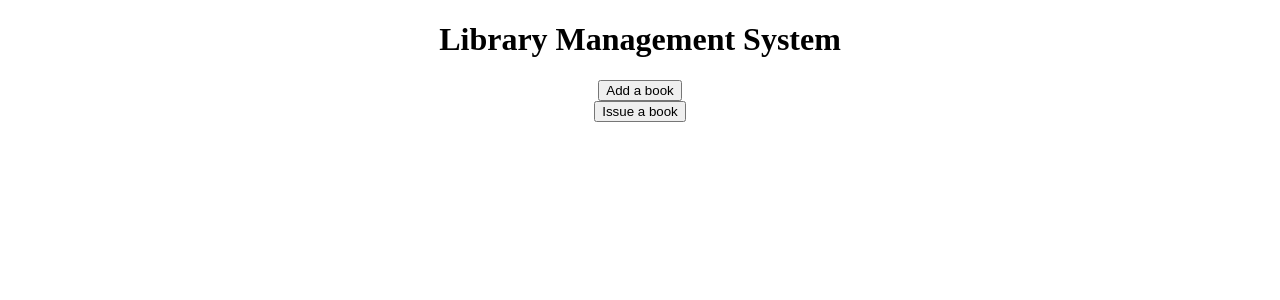
Repository: Shiru99/CS313-DBMS
Page: http://localhost/J2EEProject/
These files come from the project's save history. The page is drawn as it stood at one moment and after the next save; the edit follows.
The browser window is 1280 px wide. The pictures show the whole page.
The page is served by Tomcat 9.

Above is the page before, as saved 2020-11-03 00:20:34.

After the next save:
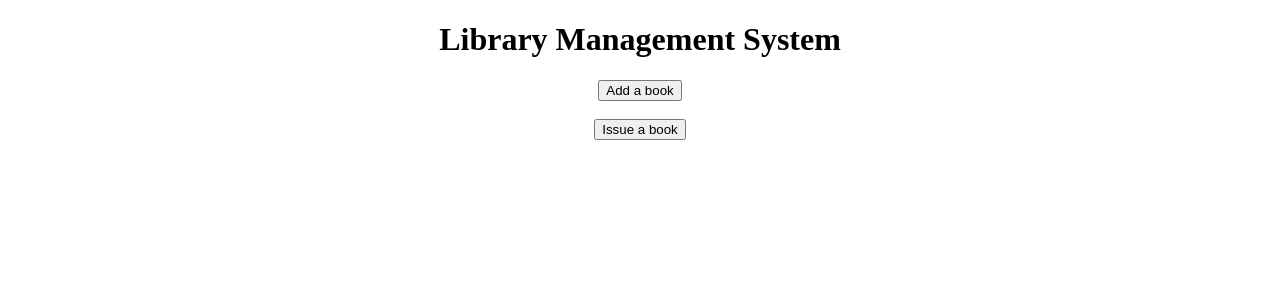
Saved 2 min 23 s later.
--- a/Home Assignment 2/J2EEProject/WebContent/Home.jsp
+++ b/Home Assignment 2/J2EEProject/WebContent/Home.jsp
@@ -13,7 +13,7 @@
 			<form action="Add.jsp" method="post">
 				<input type="submit" value="Add a book"/>
 			</form>
-			<div></div>
+			&nbsp;&nbsp;&nbsp;
 			<form action="Issue.jsp" method="post">
 				<input type="submit" value="Issue a book"/>
 			</form>

After the save that followed:
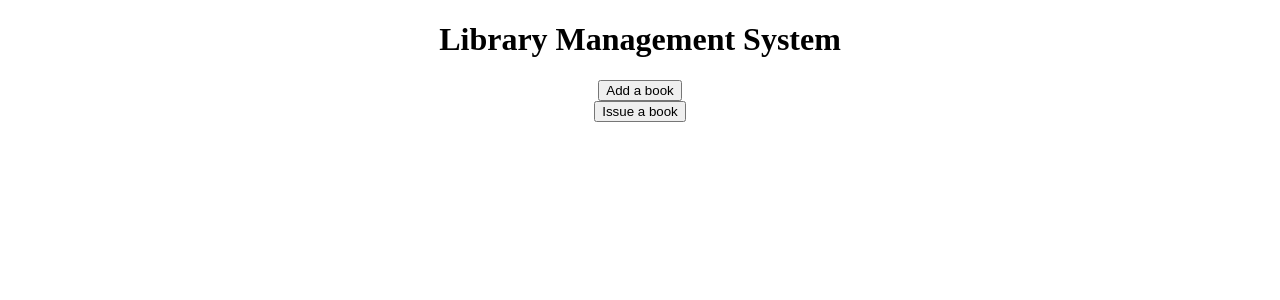
Saved 17 s later.
--- a/Home Assignment 2/J2EEProject/WebContent/Home.jsp
+++ b/Home Assignment 2/J2EEProject/WebContent/Home.jsp
@@ -13,7 +13,7 @@
 			<form action="Add.jsp" method="post">
 				<input type="submit" value="Add a book"/>
 			</form>
-			&nbsp;&nbsp;&nbsp;
+
 			<form action="Issue.jsp" method="post">
 				<input type="submit" value="Issue a book"/>
 			</form>
